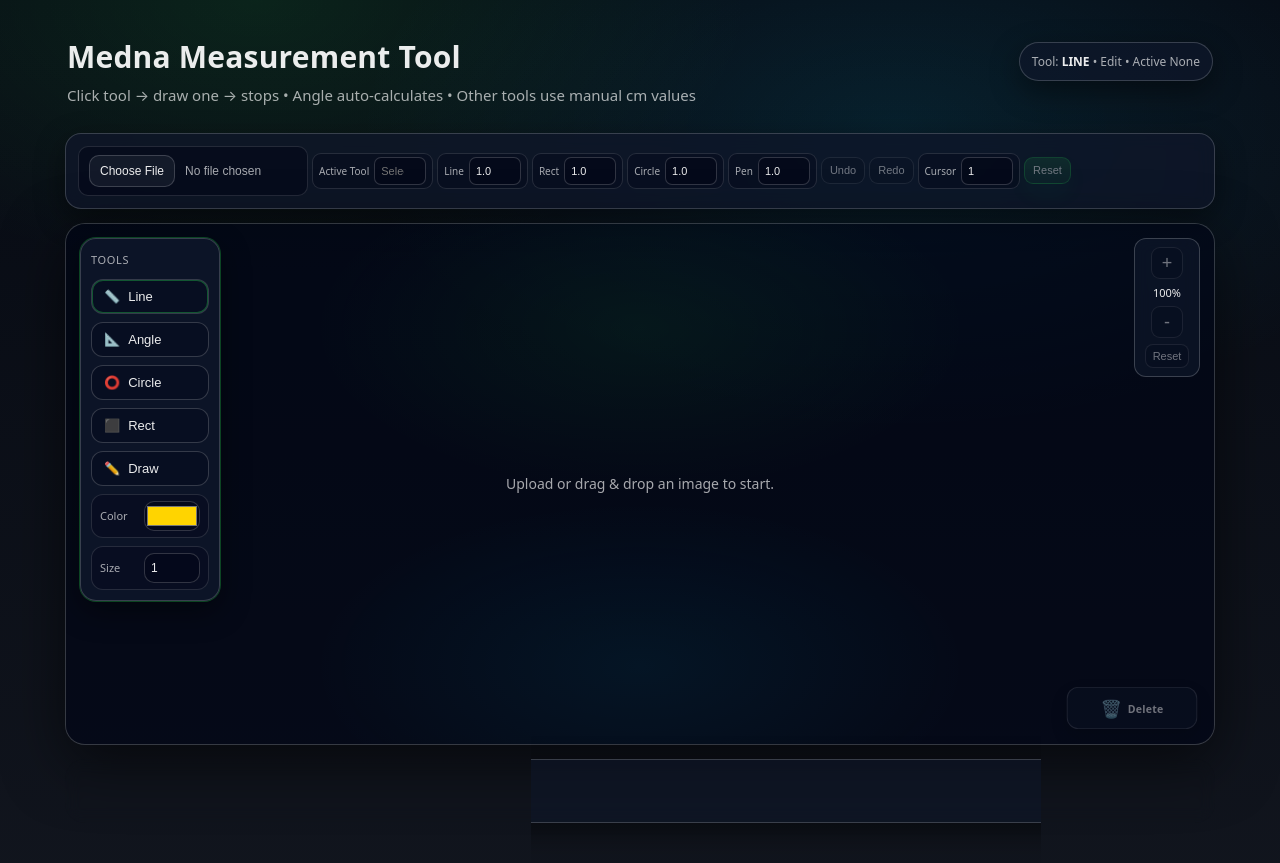
Repository: Sumaiya43/medna-tools
Page: /
These files come from the project's save history. The page is drawn as it stood at one moment and after the next save; the edit follows.
The browser window is 1280 px wide. The pictures show the whole page.
The project was rebuilt for these pictures with package versions that can differ from the ones it lists, and the page was loaded fresh each time. The framework's server and built-in components were replaced by stand-ins that run in the browser. Also part of the build but not shown: next.config.mjs.

Above is the page before, as saved 2026-02-26 23:51:11.

After the next save:
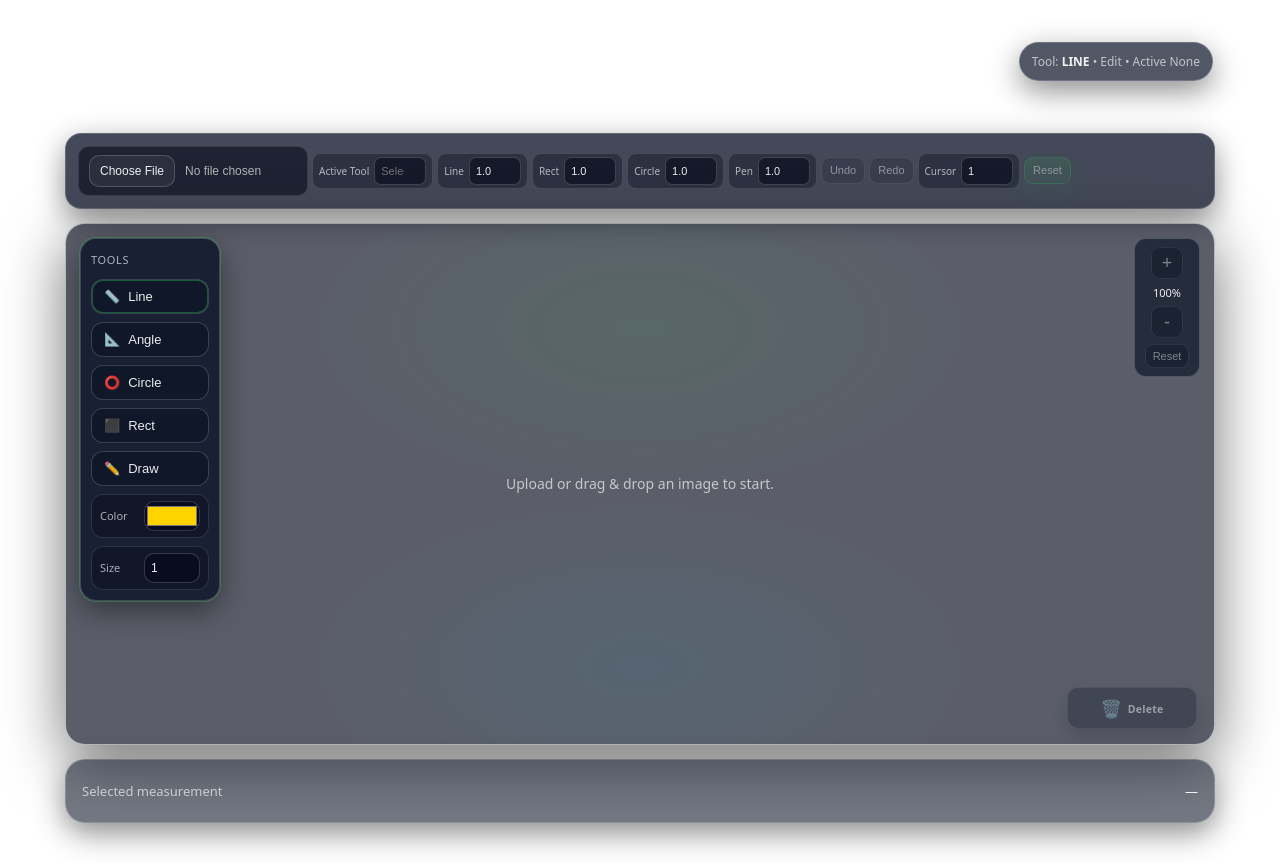
Saved 46 min 55 s later.
--- a/src/app/page.module.css
+++ b/src/app/page.module.css
@@ -21,8 +21,8 @@
 .main {
   min-height: 100vh;
   padding: 28px 18px 40px;
-  background:
-    radial-gradient(
+  background: white;
+  /* radial-gradient(
       900px 500px at 70% 15%,
       rgba(0, 209, 255, 0.1),
       transparent 60%
@@ -32,7 +32,7 @@
       rgba(43, 255, 90, 0.1),
       transparent 55%
     ),
-    linear-gradient(180deg, rgba(7, 11, 20, 1), rgba(7, 11, 20, 0.96));
+    linear-gradient(180deg, rgba(7, 11, 20, 1), rgba(7, 11, 20, 0.96)); */
   color: var(--text);
   font-family:
     ui-sans-serif,

After the 2 saves that followed:
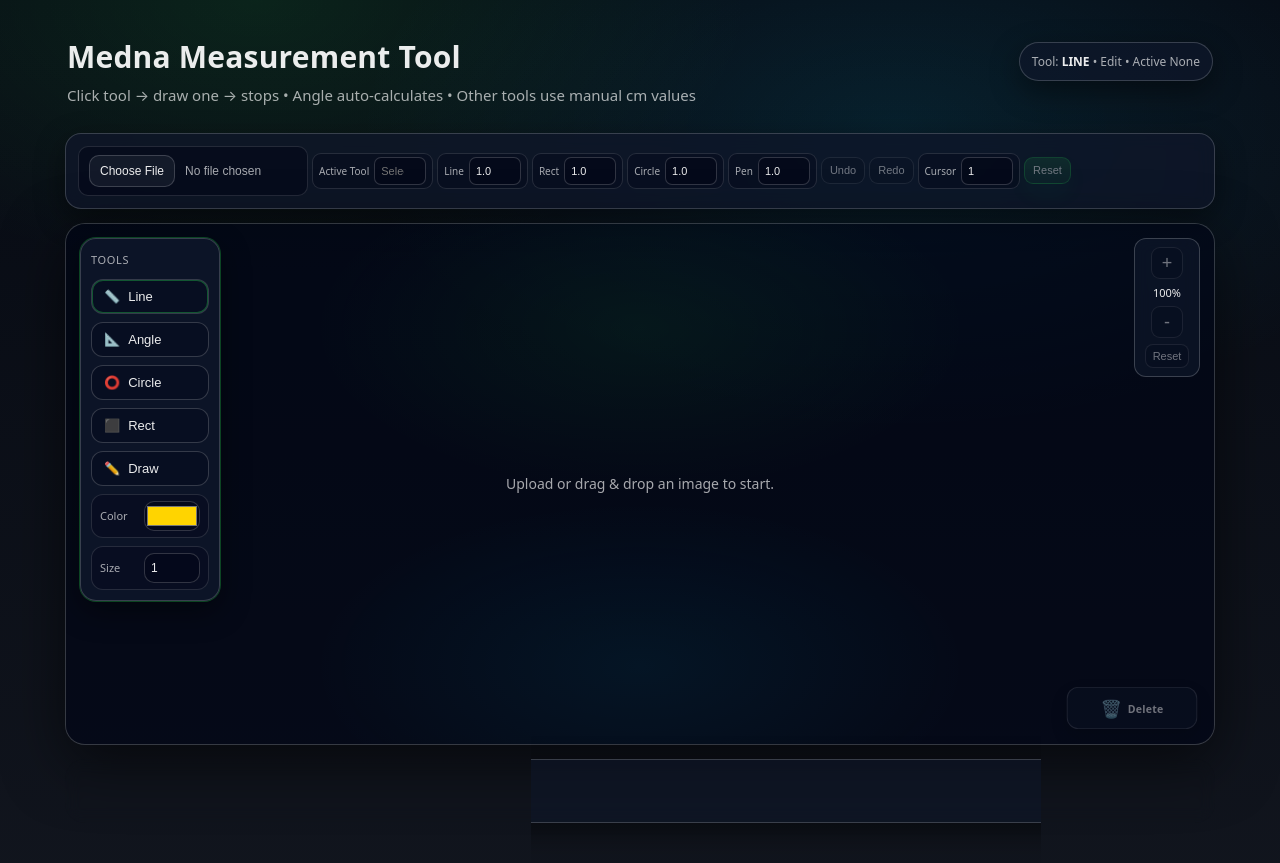
The 2 saves are shown as one change because 1 left the picture as it was.
The last was saved 114 s later.
--- a/src/app/page.module.css
+++ b/src/app/page.module.css
@@ -21,8 +21,8 @@
 .main {
   min-height: 100vh;
   padding: 28px 18px 40px;
-  background: white;
-  /* radial-gradient(
+  background:
+    radial-gradient(
       900px 500px at 70% 15%,
       rgba(0, 209, 255, 0.1),
       transparent 60%
@@ -32,7 +32,7 @@
       rgba(43, 255, 90, 0.1),
       transparent 55%
     ),
-    linear-gradient(180deg, rgba(7, 11, 20, 1), rgba(7, 11, 20, 0.96)); */
+    linear-gradient(180deg, rgba(7, 11, 20, 1), rgba(7, 11, 20, 0.96));
   color: var(--text);
   font-family:
     ui-sans-serif,
